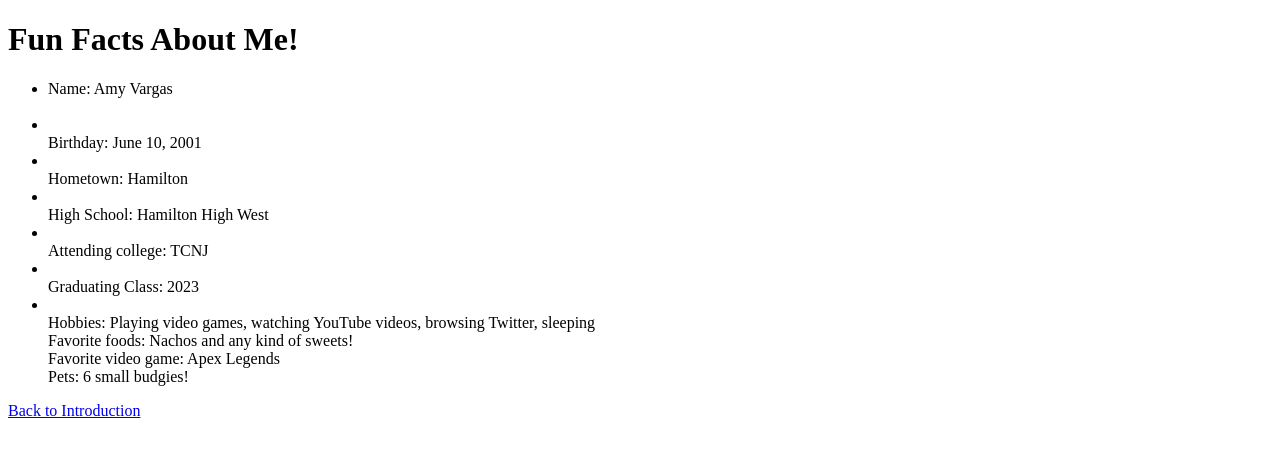
Repository: A-Vargas-GP/imm_my_website
Page: personal_site/personal/personal_facts.html
The author's editor kept a record of every edit. The page is drawn from the files as they stood at one moment, then again after the next edit.
The browser window is 1280 px wide. The pictures show the whole page.

Above is the page before.

### personal_site/personal/personal_facts.html
<!DOCTYPE html>
<html>
    <head> <meta charset = "utf-8">
        <title> All about Me! </title>
    </head>

    <body>
        <h1> Fun Facts About Me! </h1>

            <ul>
                <li> Name: Amy Vargas </li>
                </br>
                <li> </li>Birthday: June 10, 2001
                </br>
                <li></li>Hometown: Hamilton
                </br>
                <li></li>High School: Hamilton High West
                </br>
                <li></li>Attending college: TCNJ
                </br>
                <li></li>Graduating Class: 2023
                </br>
                <li></li>Hobbies: Playing video games, watching YouTube videos, browsing Twitter, sleeping
                </br>
                Favorite foods: Nachos and any kind of sweets!
                </br>
                Favorite video game: Apex Legends
                </br>
                Pets: 6 small budgies!
            </ul>

        <a href = "../introduction.html"> Back to Introduction </a>
    </body>
</html>

After the next edit:
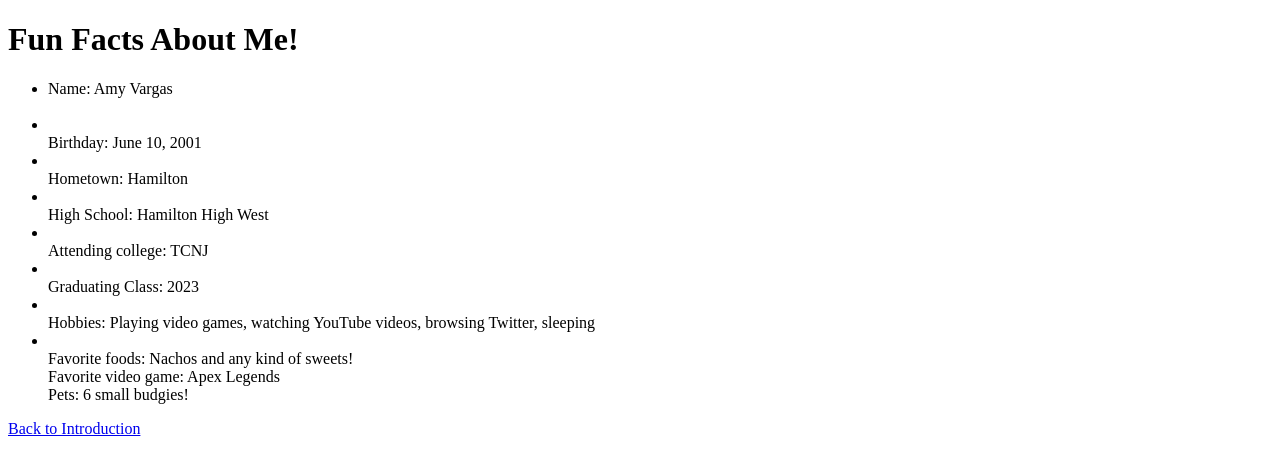
The edit:
--- a/personal_site/personal/personal_facts.html
+++ b/personal_site/personal/personal_facts.html
@@ -22,7 +22,7 @@
                 </br>
                 <li></li>Hobbies: Playing video games, watching YouTube videos, browsing Twitter, sleeping
                 </br>
-                Favorite foods: Nachos and any kind of sweets!
+                <li></li>Favorite foods: Nachos and any kind of sweets!
                 </br>
                 Favorite video game: Apex Legends
                 </br>
